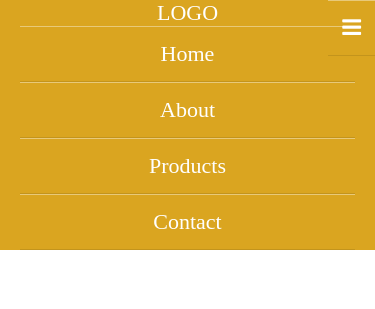
Repository: albayrakfatih/Flex-Navbar
Page: navbar-w-flexbox.html
An editor plug-in stored every save of this project. The page is shown before and after a run of saves, followed by the edit.
The browser window is 375 px wide. The pictures show the whole page.

Above is the page before, as saved 2023-05-09 20:24:52.

After the next 4 saves:
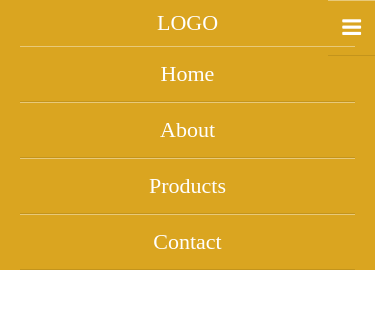
The 4 saves are shown as one change because they came seconds apart.
The last was saved 18 s later.
--- a/styles.css
+++ b/styles.css
@@ -42,6 +42,9 @@
         flex-direction: column;
         position: relative;
     }
+    nav a{
+        padding: 10px;
+    }
 
     .navigation{
         flex-direction: column;
